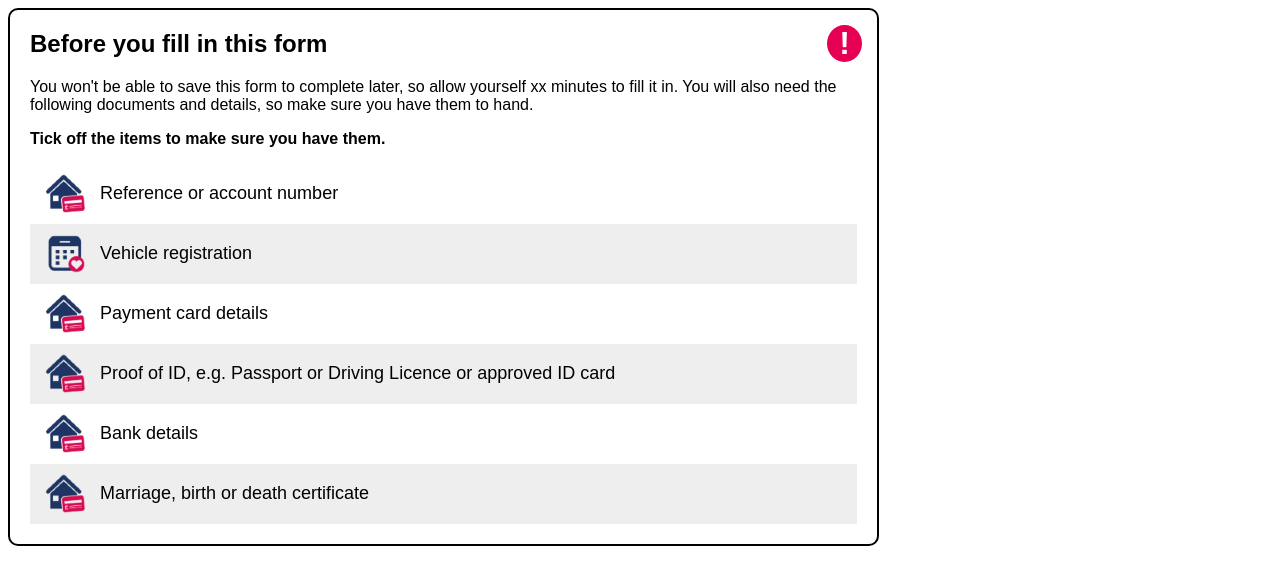
Repository: DigitalExperienceTeam/formchecklist
Page: index.html
The author's editor kept a record of every edit. The page is drawn from the files as they stood at one moment, then again after the next edit.
The browser window is 1280 px wide. The pictures show the whole page.

Above is the page before.

After the next edit:
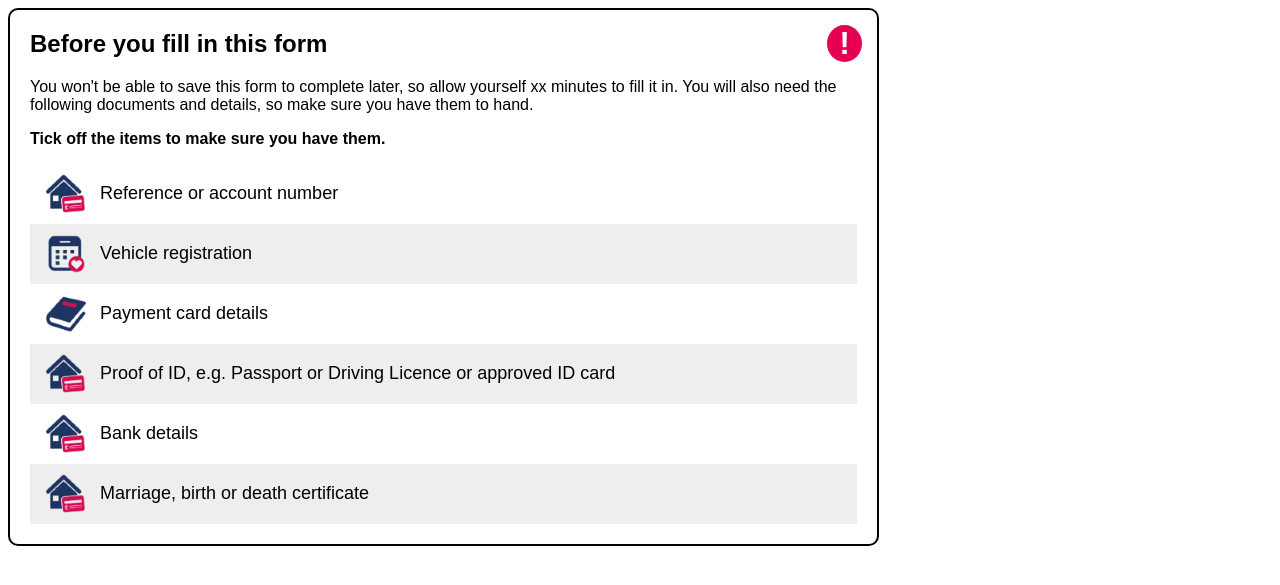
The edit:
--- a/style.css
+++ b/style.css
@@ -85,7 +85,7 @@
 }
 
 .payment::before {
- content: url("Taxsmall.png");
+ content: url("Librariessmall.png");
 }
 
 .proof::before {
